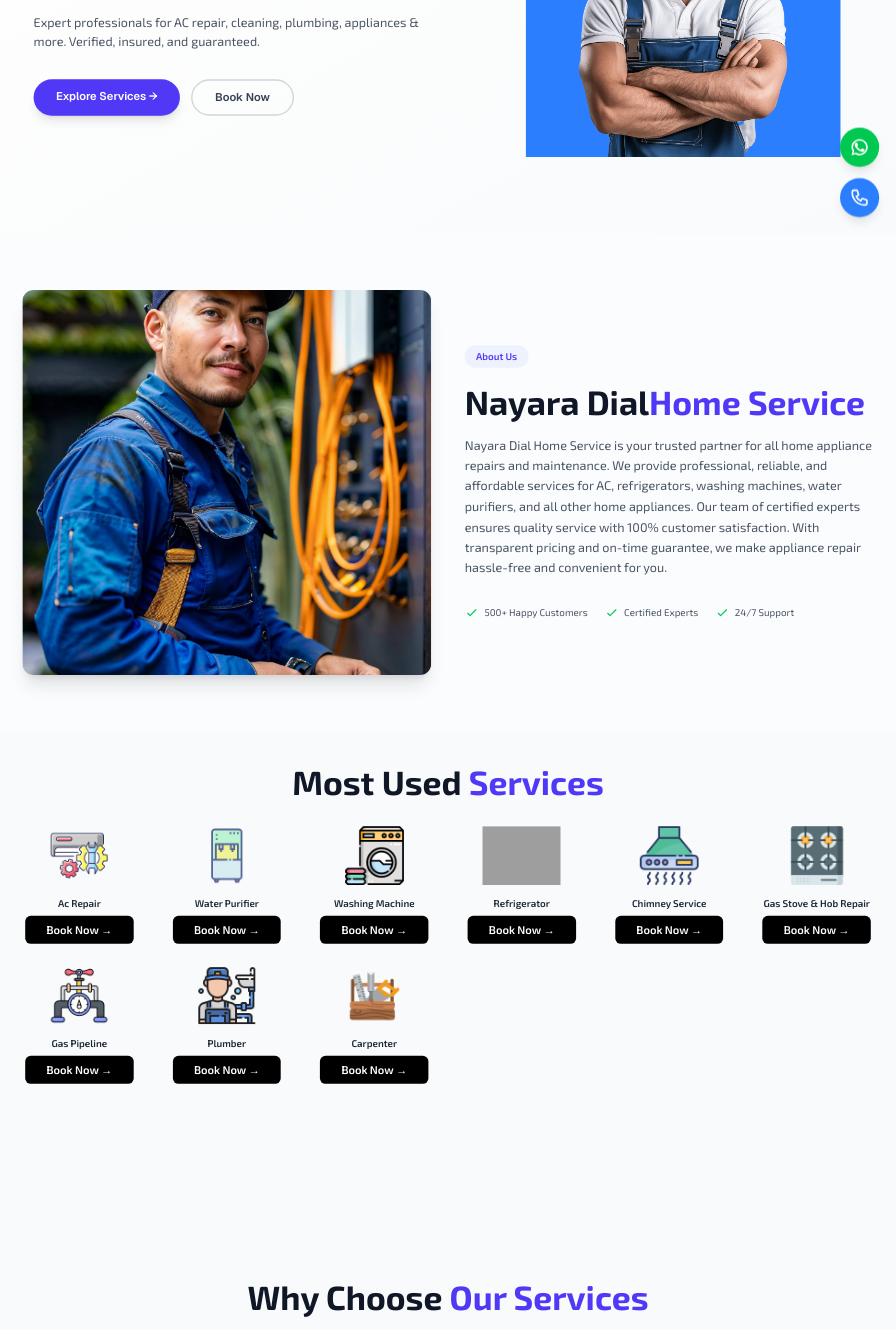
Repository: deepak445566/repai
Page: / (app in repair/)
An editor plug-in stored every save of this project. The page is shown before and after a run of saves, followed by the edit.
The browser window is 1280 px wide. The pictures show the part of the page from y = 386 to 2286 px (the page is 4062 px tall before and 5242 px after), at 70% of full size.
Pictures or frames that could not be fetched are drawn as grey boxes. The project was rebuilt for these pictures with package versions that can differ from the ones it lists, and the page was loaded fresh each time. The framework's server and built-in components were replaced by stand-ins that run in the browser. Also part of the build but not shown: repair/next.config.mjs.

Above is the page before, as saved 2026-04-16 11:15:34.

### repair/src/app/layout.js
import { Abril_Fatface, Exo_2, Geist, Geist_Mono } from "next/font/google";
import "./globals.css";
import Navbar from "@/components/Navbar";
import Footer from "@/components/Footer";

const geistSans = Geist({
  variable: "--font-geist-sans",
  subsets: ["latin"],
});

const geistMono = Geist_Mono({
  variable: "--font-geist-mono",
  subsets: ["latin"],
});

const abril = Abril_Fatface({
  weight: '400',
  subsets: ['latin'],
  variable: '--font-abril',
});

const exo = Exo_2({
  subsets: ['latin'],
  weight: ['400', '600', '700'],
  variable: '--font-exo',
});

export const metadata = {
  title: "Create Next App",
  description: "Generated by create next app",
};

export default function RootLayout({ children }) {
  return (
    <html
      lang="en"
      className={`${geistSans.variable} ${geistMono.variable} ${abril.variable} ${exo.variable} h-full antialiased`}
    >
      <body className="min-h-full flex flex-col">
        <Navbar />
        <main className="flex-grow">{children}</main>
        <Footer />
      </body>
    </html>
  );
}

### repair/src/app/page.js
import AboutUs from '@/components/About'
import HeroPage from '@/components/heroPage'
import ServicesPage from '@/components/Service'
import WhyChooseUs from '@/components/whyChooseUs'
import HowItWorks from '@/components/work'
import React from 'react'

function page() {
  return (
   <>
   <HeroPage/>
   <AboutUs/>
   <ServicesPage/>
   <WhyChooseUs/>
   <HowItWorks/>
   </>
  )
}

export default page

### repair/src/app/globals.css
@import "tailwindcss";

:root {
  --background: #ffffff;
  --foreground: #171717;
}

@theme inline {
  --color-background: var(--background);
  --color-foreground: var(--foreground);
  --font-sans: var(--font-geist-sans);
  --font-mono: var(--font-geist-mono);
}

@media (prefers-color-scheme: dark) {
  :root {
    --background: #0a0a0a;
    --foreground: #ededed;
  }
}

body {
  background: var(--background);
  color: var(--foreground);
  font-family: var(--font-parkinsans);
}



.abril {
  font-family: var(--font-abril);
}

.exo {
  font-family: var(--font-exo);
}

### repair/src/components/Navbar.jsx
'use client'

import { useState } from 'react';

export default function Navbar() {
  const [isMenuOpen, setIsMenuOpen] = useState(false);

  const handleHashLinkClick = (e, targetId) => {
    e.preventDefault();
    const targetElement = document.getElementById(targetId);
    if (targetElement) {
      targetElement.scrollIntoView({ behavior: 'smooth' });
      setIsMenuOpen(false);
    }
  };

  const handleCallClick = () => {
    window.location.href = 'tel:9760075738';
  };

  const navLinks = [
    { name: 'Home', id: 'home' },
    { name: 'About Us', id: 'about' },
    { name: 'Services', id: 'services' },
  ];

  return (
    <div className="fixed top-0 left-0 w-full bg-white z-50">
      <div className="max-w-7xl mx-auto px-4 sm:px-6 lg:px-8">
        <div className="flex justify-between items-center h-18">

          {/* Logo */}
          <div className="flex items-center">
            <a href="/" className="flex items-center space-x-2">

             <img src="/images/logo.png"  className='w-50 h-15 lg:w-70 mb-3'/>
            </a>
          </div>

          {/* Desktop Links */}
          <div className="hidden md:flex items-center space-x-8 ">
            {navLinks.map((link) => (
              <a
                key={link.id}
                href={`#${link.id}`}
                onClick={(e) => handleHashLinkClick(e, link.id)}
                className="text-gray-700 hover:text-indigo-600 font-semibold text-xl exo transition-colors"
              >
                {link.name}
              </a>
            ))}
          </div>

          {/* Call Button */}
          <div className="hidden md:block">
            <button
              onClick={handleCallClick}
              className="flex items-center gap-2 bg-blue-600 hover:bg-white hover:text-blue-600 text-white font-semibold px-6 py-2 rounded-full transition-all duration-100 text-lg exo"
            >
              <svg className="w-4 h-4" fill="none" stroke="currentColor" viewBox="0 0 24 24">
                <path strokeLinecap="round" strokeLinejoin="round" strokeWidth={2} d="M3 5a2 2 0 012-2h3.28a1 1 0 01.948.684l1.498 4.493a1 1 0 01-.502 1.21l-2.257 1.13a11.042 11.042 0 005.516 5.516l1.13-2.257a1 1 0 011.21-.502l4.493 1.498a1 1 0 01.684.949V19a2 2 0 01-2 2h-1C9.716 21 3 14.284 3 6V5z" />
              </svg>
             9760075738
            </button>
          </div>

          {/* Mobile Menu Button */}
          <button
            onClick={() => setIsMenuOpen(!isMenuOpen)}
            className="md:hidden p-2 rounded-lg bg-gray-100"
          >
            <svg className="w-6 h-6 text-gray-700" fill="none" stroke="currentColor" viewBox="0 0 24 24">
              {isMenuOpen ? (
                <path strokeLinecap="round" strokeLinejoin="round" strokeWidth={2} d="M6 18L18 6M6 6l12 12" />
              ) : (
                <path strokeLinecap="round" strokeLinejoin="round" strokeWidth={2} d="M4 6h16M4 12h16M4 18h16" />
              )}
            </svg>
          </button>
        </div>

        {/* Mobile Menu */}
        {isMenuOpen && (
          <div className="md:hidden pb-4 space-y-3">
            {navLinks.map((link) => (
              <a
                key={link.id}
                href={`#${link.id}`}
                onClick={(e) => handleHashLinkClick(e, link.id)}
                className="block text-gray-700 hover:text-indigo-600 font-semibold py-2"
              >
                {link.name}
              </a>
            ))}
            <button
              onClick={handleCallClick}
              className="w-full flex items-center justify-center gap-2 bg-blue-600 hover:bg-blue-700 text-white font-semibold px-4 py-2.5 rounded-full"
            >
              <svg className="w-4 h-4" fill="none" stroke="currentColor" viewBox="0 0 24 24">
                <path strokeLinecap="round" strokeLinejoin="round" strokeWidth={2} d="M3 5a2 2 0 012-2h3.28a1 1 0 01.948.684l1.498 4.493a1 1 0 01-.502 1.21l-2.257 1.13a11.042 11.042 0 005.516 5.516l1.13-2.257a1 1 0 011.21-.502l4.493 1.498a1 1 0 01.684.949V19a2 2 0 01-2 2h-1C9.716 21 3 14.284 3 6V5z" />
              </svg>
              Call 9911577652
            </button>
          </div>
        )}
      </div>
    </div>
  );
}

### repair/src/components/About.jsx
'use client'

import Image from 'next/image';

export default function AboutUs() {
  return (
    <div className="bg-[#FBFCFD] py-12 px-4 lg:px-8 sm:py-16 md:py-20 exo">
      <div className="max-w-7xl mx-auto">

        <div className="flex flex-col-reverse lg:flex-row items-center gap-8 lg:gap-12 md:gap-16" id='about'>

          {/* Left Side - Image */}
          <div className="flex-1 w-full">
            <div className="relative w-full h-[300px] sm:h-[400px] md:h-[450px] lg:h-[550px] rounded-2xl overflow-hidden shadow-xl">
              <Image
                src="/images/about.jpg"
                alt="About Nayara Dial Home Service"
                fill
                className="object-cover  transition-transform duration-500"
                priority
              />
            </div>
          </div>

          {/* Right Side - About Us Content */}
          <div className="flex-1 w-full">
            <div className="space-y-4 sm:space-y-5 md:space-y-6">

              {/* Badge */}
              <div className="inline-block px-4 py-1.5 rounded-full bg-indigo-50 text-indigo-600 text-sm font-semibold">
                About Us
              </div>

              {/* Heading */}
              <h2 className="text-3xl sm:text-4xl md:text-5xl font-bold text-gray-900">
                Nayara Dial
                <span className="text-indigo-600">Home Service</span>
              </h2>

              {/* Paragraph */}
              <p className="text-gray-600 text-base sm:text-lg leading-relaxed">
                Nayara Dial Home Service is your trusted partner for all home appliance repairs and maintenance.
                We provide professional, reliable, and affordable services for AC, refrigerators, washing machines,
                water purifiers, and all other home appliances. Our team of certified experts ensures quality service
                with 100% customer satisfaction. With transparent pricing and on-time guarantee, we make appliance
                repair hassle-free and convenient for you.
              </p>

              {/* Optional: Small stats or trust signals */}
              <div className="flex flex-wrap gap-4 sm:gap-6 pt-4">
                <div className="flex items-center gap-2">
                  <svg className="w-5 h-5 text-green-500" fill="none" stroke="currentColor" viewBox="0 0 24 24">
                    <path strokeLinecap="round" strokeLinejoin="round" strokeWidth={2} d="M5 13l4 4L19 7" />
                  </svg>
                  <span className="text-sm text-gray-600">500+ Happy Customers</span>
                </div>
                <div className="flex items-center gap-2">
                  <svg className="w-5 h-5 text-green-500" fill="none" stroke="currentColor" viewBox="0 0 24 24">
                    <path strokeLinecap="round" strokeLinejoin="round" strokeWidth={2} d="M5 13l4 4L19 7" />
                  </svg>
                  <span className="text-sm text-gray-600">Certified Experts</span>
                </div>
                <div className="flex items-center gap-2">
                  <svg className="w-5 h-5 text-green-500" fill="none" stroke="currentColor" viewBox="0 0 24 24">
                    <path strokeLinecap="round" strokeLinejoin="round" strokeWidth={2} d="M5 13l4 4L19 7" />
                  </svg>
                  <span className="text-sm text-gray-600">24/7 Support</span>
                </div>
              </div>
            </div>
          </div>

        </div>
      </div>
    </div>
  );
}

### repair/src/components/Service.jsx
'use client'

import Image from 'next/image';
import { useRouter } from 'next/navigation';

export default function ServicesPage() {
  const router = useRouter();

  const services = [
    { id: 1, title: "Ac Repair", image: "/images/acrepair.png" },
    { id: 2, title: "Water Purifier", image: "/images/waterrepair.png" },
    { id: 3, title: "Washing Machine", image: "/images/washrepair.png" },
    { id: 4, title: "Refrigerator", image: "/images/fridgerepair.png" },
    { id: 5, title: "Chimney Service", image: "/images/chimneyrepair.png" },
    { id: 6, title: "Gas Stove & Hob Repair", image: "/images/gasrepair.png" },
    { id: 7, title: "Gas Pipeline", image: "/images/piperepair.png" },
    { id: 8, title: "Plumber", image: "/images/plumberrepair.png" },
    { id: 9, title: "Carpenter", image: "/images/carrepair.png" },
  ];

  const handleBookNow = (serviceTitle) => {
    // Navigate to booking page with service name
    router.push(`/book?service=${encodeURIComponent(serviceTitle)}`);
  };

  return (
    <div className="min-h-screen bg-gray-50 py-12 px-4 exo" id='services'>
      <div className="max-w-7xl mx-auto" >

        <div className="text-center mb-8">
          <h2 className="text-3xl sm:text-5xl font-bold text-gray-900 mb-2" >
            Most Used <span className="text-indigo-600">Services</span>
          </h2>
        </div>

        <div className="grid grid-cols-2 lg:grid-cols-6 gap-3 md:gap-4">
          {services.map((service) => (
            <div key={service.id} className="group cursor-pointer">
              {/* Image Section */}
              <div className="relative h-20 sm:h-22 md:h-25">
                <Image
                  src={service.image}
                  alt={service.title}
                  fill
                  className="object-contain p-2 transition-transform duration-500 group-hover:scale-110"
                />
              </div>

              {/* Title Section */}
              <div className="py-2 px-1 text-center">
                <h3 className="text-xs sm:text-sm font-semibold text-gray-800  ">
                  {service.title}
                </h3>
              </div>

              {/* Book Button */}
              <div className="px-5 pb-2">
                <button
                  onClick={() => handleBookNow(service.title)}
                  className="w-full bg-black text-white text-xm font-semibold py-2  rounded-lg "
                >
                  Book Now →
                </button>
              </div>
            </div>
          ))}
        </div>
      </div>
    </div>
  );
}

### repair/src/components/whyChooseUs.jsx
import Image from 'next/image';

export default function WhyChooseUs() {
  return (
    <div className="bg-gray-50 py-12 px-4 lg:px-9 sm:py-16 exo">
      <div className="max-w-7xl mx-auto">

        {/* Header with Image */}
        <div className="text-center mb-10 sm:mb-12">
          <h2 className="text-3xl sm:text-4xl lg:text-5xl font-bold text-gray-900 mb-3 sm:mb-4">
            Why Choose <span className="text-indigo-600">Our Services</span>
          </h2>
          <p className="text-gray-600 text-base sm:text-lg max-w-2xl mx-auto px-2">
            Professional repair services you can trust for all your home appliances
          </p>
        </div>

        {/* Features Grid - Mobile: 2 columns, Tablet/Desktop: 3 columns */}
        <div className="grid grid-cols-2 lg:grid-cols-3 gap-3 sm:gap-4 md:gap-6 text-black exo">
          {/* Feature 1 */}
          <div className="bg-white rounded-xl p-4 sm:p-5 md:p-6 shadow-md hover:shadow-xl transition-all">
            <div className="w-10 h-10 sm:w-12 sm:h-12 md:w-14 md:h-14 bg-blue-100 rounded-full flex items-center justify-center mb-3 sm:mb-4">
              <svg className="w-5 h-5 sm:w-6 sm:h-6 md:w-7 md:h-7 text-blue-600" fill="none" stroke="currentColor" viewBox="0 0 24 24">
                <path strokeLinecap="round" strokeLinejoin="round" strokeWidth={2} d="M9 12l2 2 4-4m5.618-4.016A11.955 11.955 0 0112 2.944a11.955 11.955 0 01-8.618 3.04A12.02 12.02 0 003 9c0 5.591 3.824 10.29 9 11.622 5.176-1.332 9-6.03 9-11.622 0-1.042-.133-2.052-.382-3.016z" />
              </svg>
            </div>
            <h3 className="text-base sm:text-lg md:text-xl font-bold mb-1 sm:mb-2">Verified Professionals</h3>
            <p className="text-gray-600 text-xs sm:text-sm md:text-base">All service providers are thoroughly verified and trained experts</p>
          </div>

          {/* Feature 2 */}
          <div className="bg-white rounded-xl p-4 sm:p-5 md:p-6 shadow-md hover:shadow-xl transition-all">
            <div className="w-10 h-10 sm:w-12 sm:h-12 md:w-14 md:h-14 bg-green-100 rounded-full flex items-center justify-center mb-3 sm:mb-4">
              <svg className="w-5 h-5 sm:w-6 sm:h-6 md:w-7 md:h-7 text-green-600" fill="none" stroke="currentColor" viewBox="0 0 24 24">
                <path strokeLinecap="round" strokeLinejoin="round" strokeWidth={2} d="M12 8c-1.657 0-3 .895-3 2s1.343 2 3 2 3 .895 3 2-1.343 2-3 2m0-8c1.11 0 2.08.402 2.599 1M12 8V7m0 1v8m0 0v1m0-1c-1.11 0-2.08-.402-2.599-1M21 12a9 9 0 11-18 0 9 9 0 0118 0z" />
              </svg>
            </div>
            <h3 className="text-base sm:text-lg md:text-xl font-bold mb-1 sm:mb-2">Transparent Pricing</h3>
            <p className="text-gray-600 text-xs sm:text-sm md:text-base">No hidden charges. Upfront pricing before booking</p>
          </div>

          {/* Feature 3 */}
          <div className="bg-white rounded-xl p-4 sm:p-5 md:p-6 shadow-md hover:shadow-xl transition-all">
            <div className="w-10 h-10 sm:w-12 sm:h-12 md:w-14 md:h-14 bg-purple-100 rounded-full flex items-center justify-center mb-3 sm:mb-4">
              <svg className="w-5 h-5 sm:w-6 sm:h-6 md:w-7 md:h-7 text-purple-600" fill="none" stroke="currentColor" viewBox="0 0 24 24">
                <path strokeLinecap="round" strokeLinejoin="round" strokeWidth={2} d="M3 12l2-2m0 0l7-7 7 7M5 10v10a1 1 0 001 1h3m10-11l2 2m-2-2v10a1 1 0 01-1 1h-3m-6 0a1 1 0 001-1v-4a1 1 0 011-1h2a1 1 0 011 1v4a1 1 0 001 1m-6 0h6" />
              </svg>
            </div>
            <h3 className="text-base sm:text-lg md:text-xl font-bold mb-1 sm:mb-2">Background Checked</h3>
            <p className="text-gray-600 text-xs sm:text-sm md:text-base">Strict background verification for your safety</p>
          </div>

          {/* Feature 4 */}
          <div className="bg-white rounded-xl p-4 sm:p-5 md:p-6 shadow-md hover:shadow-xl transition-all">
            <div className="w-10 h-10 sm:w-12 sm:h-12 md:w-14 md:h-14 bg-orange-100 rounded-full flex items-center justify-center mb-3 sm:mb-4">
              <svg className="w-5 h-5 sm:w-6 sm:h-6 md:w-7 md:h-7 text-orange-600" fill="none" stroke="currentColor" viewBox="0 0 24 24">
                <path strokeLinecap="round" strokeLinejoin="round" strokeWidth={2} d="M12 8v4l3 3m6-3a9 9 0 11-18 0 9 9 0 0118 0z" />
              </svg>
            </div>
            <h3 className="text-base sm:text-lg md:text-xl font-bold mb-1 sm:mb-2">On-Time Guarantee</h3>
            <p className="text-gray-600 text-xs sm:text-sm md:text-base">Punctual service delivery as per your schedule</p>
          </div>

          {/* Feature 5 */}
          <div className="bg-white rounded-xl p-4 sm:p-5 md:p-6 shadow-md hover:shadow-xl transition-all">
            <div className="w-10 h-10 sm:w-12 sm:h-12 md:w-14 md:h-14 bg-yellow-100 rounded-full flex items-center justify-center mb-3 sm:mb-4">
              <svg className="w-5 h-5 sm:w-6 sm:h-6 md:w-7 md:h-7 text-yellow-600" fill="none" stroke="currentColor" viewBox="0 0 24 24">
                <path strokeLinecap="round" strokeLinejoin="round" strokeWidth={2} d="M11.049 2.927c.3-.921 1.603-.921 1.902 0l1.519 4.674a1 1 0 00.95.69h4.915c.969 0 1.371 1.24.588 1.81l-3.976 2.888a1 1 0 00-.363 1.118l1.518 4.674c.3.922-.755 1.688-1.538 1.118l-3.976-2.888a1 1 0 00-1.176 0l-3.976 2.888c-.783.57-1.838-.197-1.538-1.118l1.518-4.674a1 1 0 00-.363-1.118l-3.976-2.888c-.784-.57-.38-1.81.588-1.81h4.914a1 1 0 00.951-.69l1.519-4.674z" />
              </svg>
            </div>
            <h3 className="text-base sm:text-lg md:text-xl font-bold mb-1 sm:mb-2">Quality Service</h3>
            <p className="text-gray-600 text-xs sm:text-sm md:text-base">100% satisfaction guaranteed for all appliances</p>
          </div>

        </div>
      </div>
    </div>
  );
}

### repair/src/components/image.jsx
'use client'

import Image from 'next/image';

export default function SimpleGallery() {
  const images = [
    { id: 1, src: '/images/gallery/img1.jpg', title: 'AC Service' },
    { id: 2, src: '/images/gallery/img2.jpg', title: 'Plumbing' },
    { id: 3, src: '/images/gallery/img3.jpg', title: 'Cleaning' },
    { id: 4, src: '/images/gallery/img4.jpg', title: 'Electrical' },
    { id: 5, src: '/images/gallery/img5.jpg', title: 'Appliance Repair' },
    { id: 6, src: '/images/gallery/img6.jpg', title: 'Painting' },
    { id: 7, src: '/images/gallery/img7.jpg', title: 'Carpentry' },
  ];

  return (
    <div className="min-h-screen bg-gray-50 py-12 px-4">
      <div className="max-w-7xl mx-auto">
        <h1 className="text-4xl font-bold text-center text-gray-900 mb-12">
          Our Gallery
        </h1>

        <div className="grid grid-cols-1 sm:grid-cols-2 lg:grid-cols-3 gap-6">
          {images.map((image) => (
            <div
              key={image.id}
              className="bg-white rounded-xl overflow-hidden shadow-lg hover:shadow-xl transition-shadow"
            >
              <div className="relative w-full h-64">
                <Image
                  src={image.src}
                  alt={image.title}
                  fill
                  className="object-cover"
                  sizes="(max-width: 640px) 100vw, (max-width: 1024px) 50vw, 33vw"
                />
              </div>
              <div className="p-4">
                <h3 className="text-lg font-semibold text-gray-900">
                  {image.title}
                </h3>
              </div>
            </div>
          ))}
        </div>
      </div>
    </div>
  );
}

Loaded but not shown: repair/src/components/Footer.jsx (195 lines, source omitted); repair/src/components/work.jsx (166 lines, source omitted); repair/src/components/heroPage.jsx (122 lines, source omitted)

After the next 2 saves:
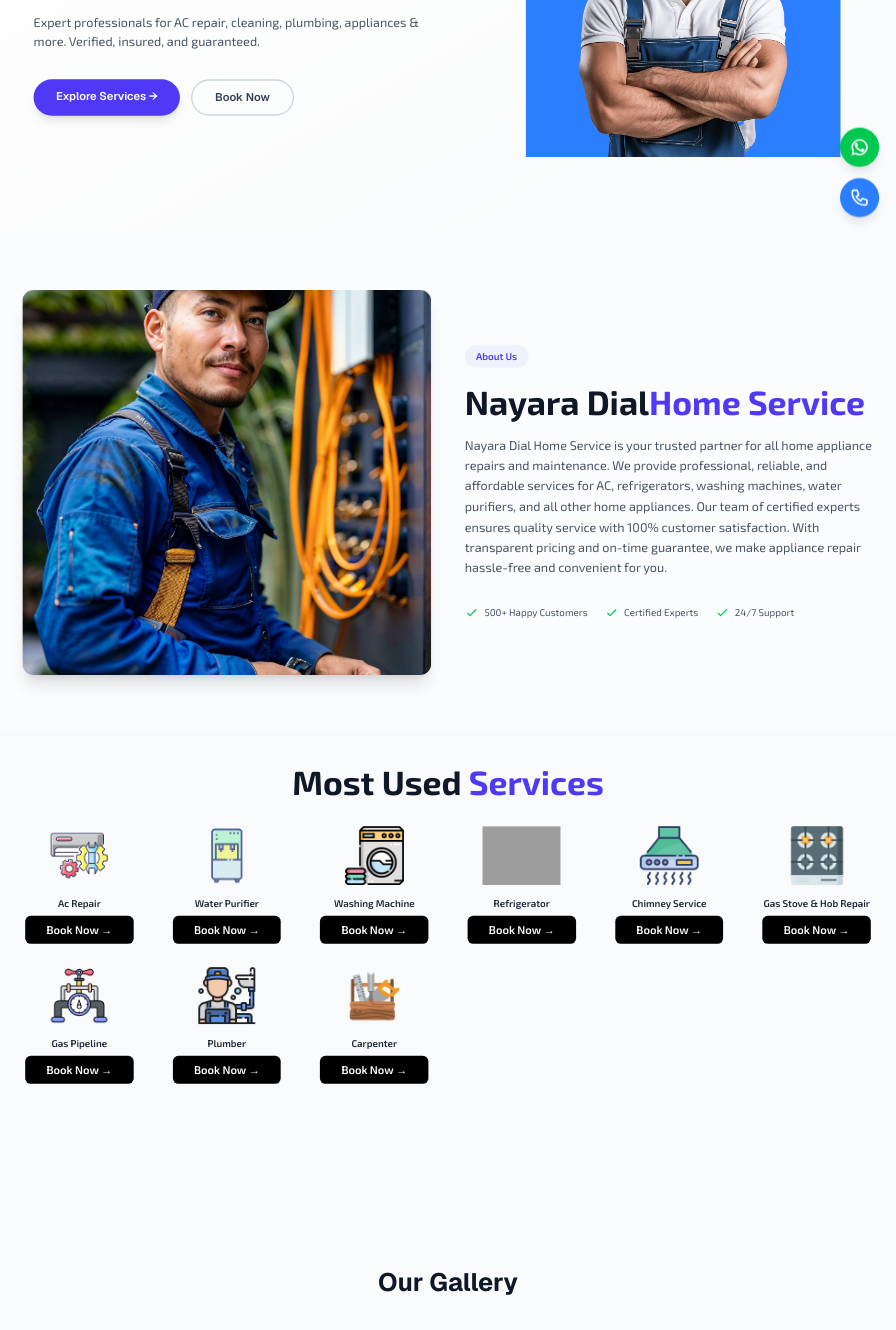
The 2 saves are shown as one change because they came seconds apart.
The last was saved 15 s later.
--- a/repair/src/app/page.js
+++ b/repair/src/app/page.js
@@ -1,5 +1,6 @@
 import AboutUs from '@/components/About'
 import HeroPage from '@/components/heroPage'
+import SimpleGallery from '@/components/image'
 import ServicesPage from '@/components/Service'
 import WhyChooseUs from '@/components/whyChooseUs'
 import HowItWorks from '@/components/work'
@@ -11,6 +12,7 @@
    <HeroPage/>
    <AboutUs/>
    <ServicesPage/>
+   <SimpleGallery/>
    <WhyChooseUs/>
    <HowItWorks/>
    </>
